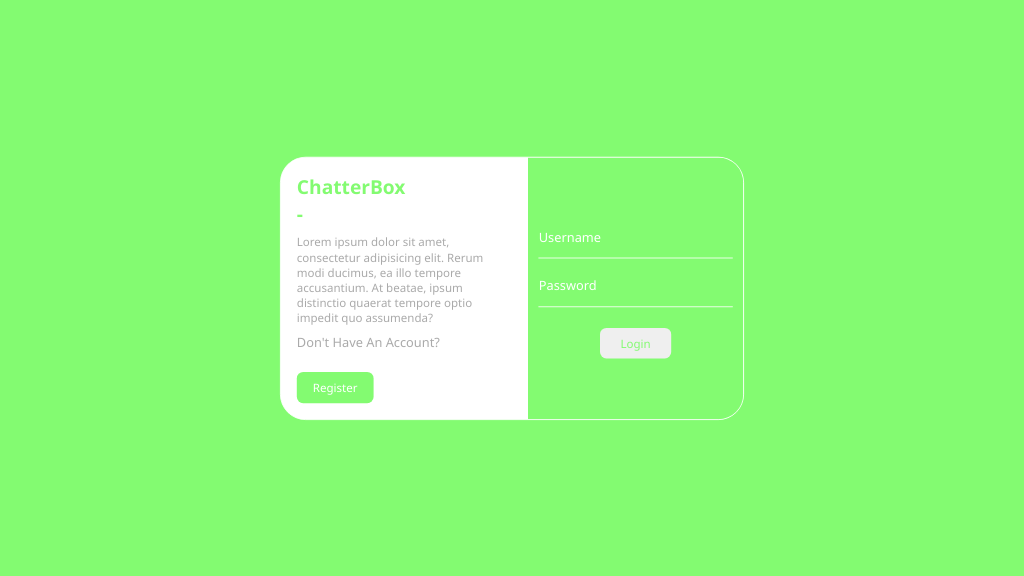
Repository: Habeebur1493/social-media-app
Page: /signup
The author's editor kept a copy of each file at every save. The page is drawn from the files as they stood at one save, then again after the next save.
The browser window is 1280 px wide. The pictures show the whole page, at 80% of full size.
The project was rebuilt for these pictures with package versions that can differ from the ones it lists, and the page was loaded fresh each time. Also part of the build but not shown: vite.config.js.

Above is the page before, as saved 2025-01-28 01:38:34.

### src/App.jsx
import './App.css'
import Layout from './Layout/layout'

function App() {

  return (
    <>
      <Layout />

    </>
  )
}

export default App

### src/App.css
*{
  margin: 0;
  padding: 0;
  box-sizing: border-box;
  text-align: none;
  list-style: none;
  font-family: 'Segoe UI', Tahoma, Geneva, Verdana, sans-serif;
}

:root{
  --color-primary:#83fb71;
  --text-color: black;
  --color-bg:rgb(236, 236, 236);
  --color-card: white;
  --color-soft:#aaaaaa;
  --color-border:lightgray;
  --color-red:red;
}

.container{
  max-width: 991px;
  width: 100%;
  margin: 0 auto;
}
h1,h2,h3,h4,h5{
  font-weight: 600;
  color: var(--text-color);
}
img{
  width: 100%;
  display: block;
  object-fit: cover;
}
.user{
  display: flex;
  align-items: center;
  gap: 10px;
}
.user img{
  width: 33px;
  aspect-ratio: 1/1;
  border-radius: 50%;
}
.user h4{
  color: var(--color-primary)
}
body{
  background: var(--color-bg);
  color: var(--color-soft);
}
small,p{
  color: var(--color-soft);
}
.btn{
  padding: .6rem 1.6rem;
  display: inline-block;
  width: fit-content;
  cursor: pointer;
  border-radius: .5rem;
  font-size: .9rem;
  font-weight: 500;
  transition: .3s ease;
  border: none;
}
.btn:hover{
  opacity: .7;
}
.btn-primary{
  background: var(--color-primary);
  color: white;
}

.btn-red{
  background: var(--color-red);
  color: white;
}

### src/Layout/layout.jsx
import React from 'react'

//Pages.....


import Login from '../pages/login/Login'

export default function layout() {
    return (
        <>
                <Login/>
        </>
    )
}

### src/pages/login/Login.jsx
import React from 'react'

import './login.css'

export default function Login() {
  return (
    <div className="login">
        <div className='card'>
        <div className="left">
            <h2>ChatterBox <br /> -</h2>
            <p>Lorem ipsum dolor sit amet, consectetur adipisicing elit. Rerum modi ducimus, ea illo tempore accusantium. At beatae, ipsum distinctio quaerat tempore optio impedit quo assumenda?</p>
            <span>Don't Have An Account?</span>
            <button className='btn btn-primary'>Register</button>
        </div>
        <form className="right">
            <input type="text" required placeholder='username'/>
            <input type="password" required placeholder='password'/>
            <button type='submit' className='btn'>Login</button>
        </form>
    </div>
    </div>


  )
}

### src/pages/login/login.css
.login{
    background: var(--color-primary);
    height: 100vh;
    width: 100%;
    display: flex;
    align-items: center;
    justify-content: center;
}

.login .card{
    display: flex;
    width: 580px;
    background: white;
    border: 1px solid white;
    border-radius: 2rem;
    overflow: hidden;
}

.login .card .left{
    flex: 1;
    display: flex;
    flex-direction: column;
    gap: 10px;
    padding: 20px;
}

.login h2{
    color: var(--color-primary);
}

.login .card .left p{
    font-size: .9rem;
}
.login .card .left button{
    padding: 10px 20px;
    border: none;
    background: var(--color-primary);
    color: white;
    cursor: pointer;
}
.login .card span{
    color: var (--color-primary);
}

.login .card .right{
    flex: 1;
    background: var(--color-primary);
    display: flex;
    align-items: center;
    justify-content: center;
    flex-direction: column;
    gap: 10px;
}

.login form input{
    padding: 1rem 0;
    width: 90%;
    background: transparent;
    border: transparent;
    outline: none;
    border-bottom: 1px solid white ;
    margin: 0 auto;
    color: white;
}

.login form input::placeholder{
    color: white;
    font-size: 1rem;
    text-transform: capitalize;
}
.login .btn{
 color: var(--color-primary);
 margin-top: 1rem;
}

### src/pages/signup/Signup.jsx
import React from 'react'

import './signup.css'

export default function Signup(){

  return (
    <div className="signup">
        <div className='card'>
        <div className="left">
            <h2>ChatterBox Signup<br /> -</h2>
            <p>Lorem ipsum dolor sit amet, consectetur adipisicing elit. Rerum modi ducimus, ea illo tempore accusantium. At beatae, ipsum distinctio quaerat tempore optio impedit quo assumenda?</p>
            <span>Don't Have An Account?</span>
            <button className='btn btn-primary'>Register</button>
        </div>
        <form className="right">
            <input type="text" required placeholder='username'/>
            <input type="email" required placeholder='email' />
            <input type="password" required placeholder='password'/>
            <button type='submit' className='btn'>Login</button>
        </form>
    </div>
    </div>
  )
}

### src/pages/signup/signup.css
.signup{
    background: var(--color-primary);
    height: 100vh;
    width: 100%;
    display: flex;
    align-items: center;
    justify-content: center;
}

.signup .card{
    display: flex;
    width: 580px;
    background: white;
    border: 1px solid white;
    border-radius: 2rem;
    overflow: hidden;
}

.signup .card .left{
    flex: 1;
    display: flex;
    flex-direction: column;
    gap: 10px;
    padding: 20px;
}

.signup h2{
    color: var(--color-primary);
}

.signup .card .left p{
    font-size: .9rem;
}
.signup .card .left button{
    padding: 10px 20px;
    border: none;
    background: var(--color-primary);
    color: white;
    cursor: pointer;
}
.signup .card span{
    color: var (--color-primary);
}

.signup .card .right{
    flex: 1;
    background: var(--color-primary);
    display: flex;
    align-items: center;
    justify-content: center;
    flex-direction: column;
    gap: 10px;
}

.signup form input{
    padding: 1rem 0;
    width: 90%;
    background: transparent;
    border: transparent;
    outline: none;
    border-bottom: 1px solid white ;
    margin: 0 auto;
    color: white;
}

.signup form input::placeholder{
    color: white;
    font-size: 1rem;
    text-transform: capitalize;
}
.signup .btn{
 color: var(--color-primary);
 margin-top: 1rem;
}

Loaded but not shown: index.html (common file); src/main.jsx (common file)

After the next save:
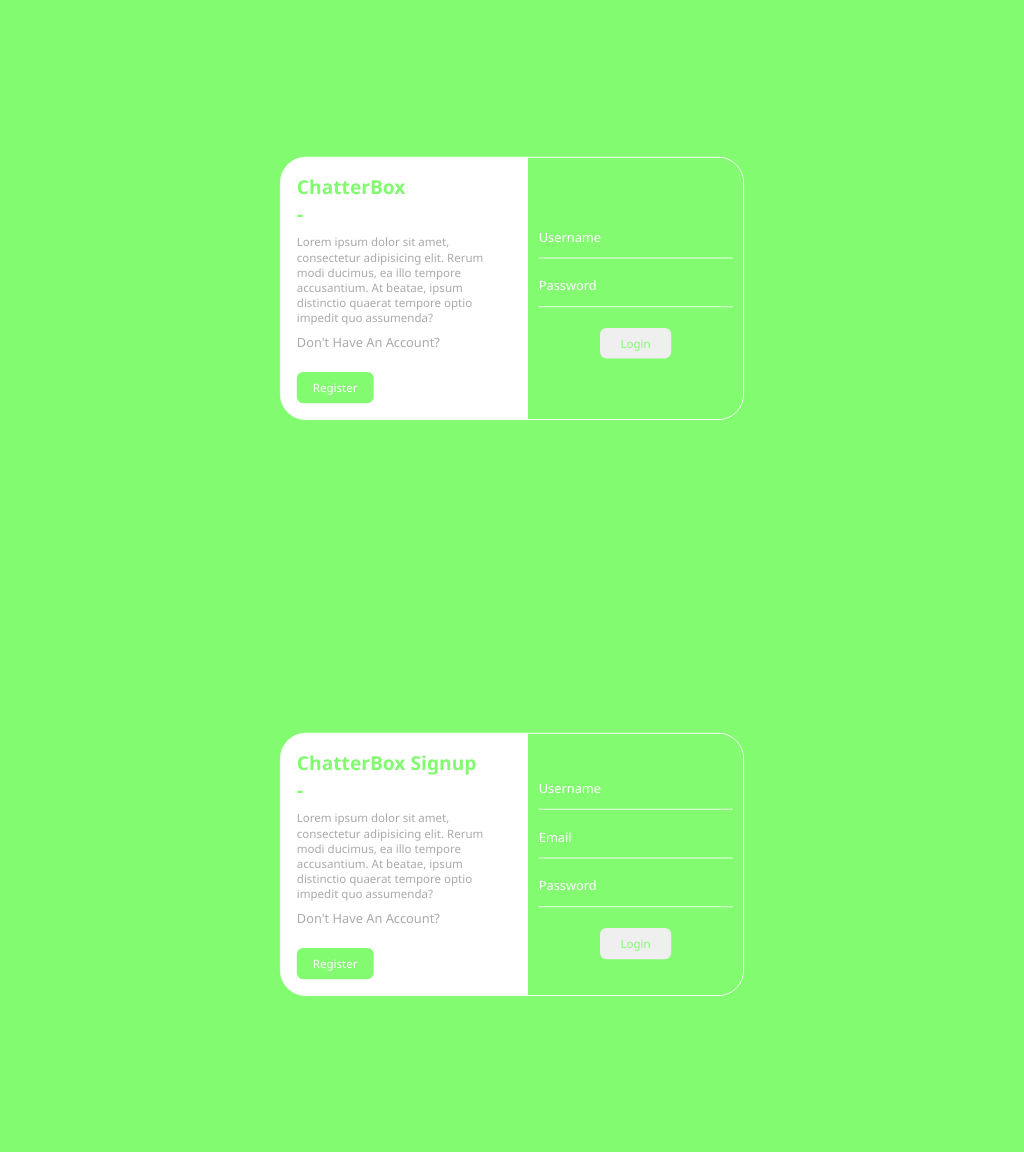
Saved 55 s later.
--- a/src/Layout/layout.jsx
+++ b/src/Layout/layout.jsx
@@ -4,11 +4,13 @@ import React from 'react'
 
 
 import Login from '../pages/login/Login'
+import Signup from '../pages/signup/Signup'
 
 export default function layout() {
     return (
         <>
                 <Login/>
+                <Signup />
         </>
     )
 }
